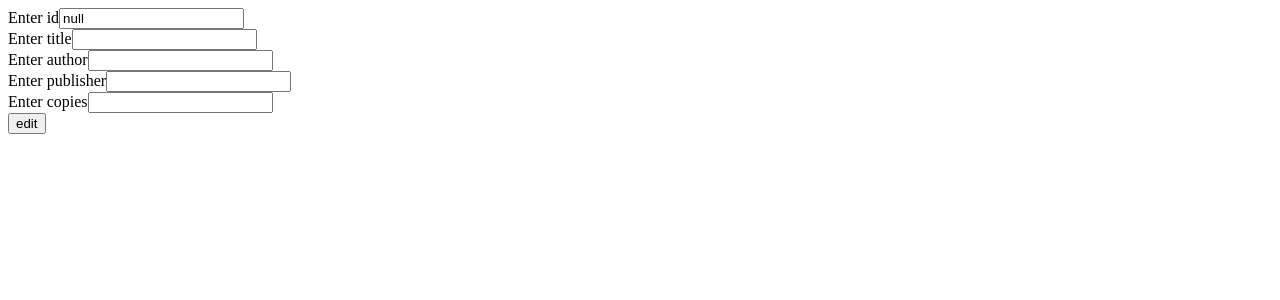
Repository: prashantvadlamani/Library-Management-System
Page: http://localhost/project/edit.jsp
These files come from the project's save history. The page is drawn as it stood at one moment and after the next save; the edit follows.
The browser window is 1280 px wide. The pictures show the whole page.
The page is served by Tomcat 9. Other server files are loaded and not shown.

Above is the page before, as saved 2018-08-21 08:22:57.

### project/WebContent/edit.jsp
<%@ page language="java" contentType="text/html; charset=ISO-8859-1"
    pageEncoding="ISO-8859-1"%>
<!DOCTYPE html PUBLIC "-//W3C//DTD HTML 4.01 Transitional//EN" "http://www.w3.org/TR/html4/loose.dtd">
<html>
<head>
<meta http-equiv="Content-Type" content="text/html; charset=ISO-8859-1">
<title>Insert title here</title>
</head>
<body>
	<form  method="POST" action="edit">
		Enter id<input type="text" name="bid" readonly value="<%=request.getParameter("id")%>" ><br>
		Enter title<input type="text" name="title"><br>
		Enter author<input type="text" name="author"><br>
		Enter publisher<input type="text" name="publisher"><br>
		Enter copies<input type="text" name="copies"><br>
		<input type="submit" value="edit" >
	</form>
</body>
</html>

After the next save:
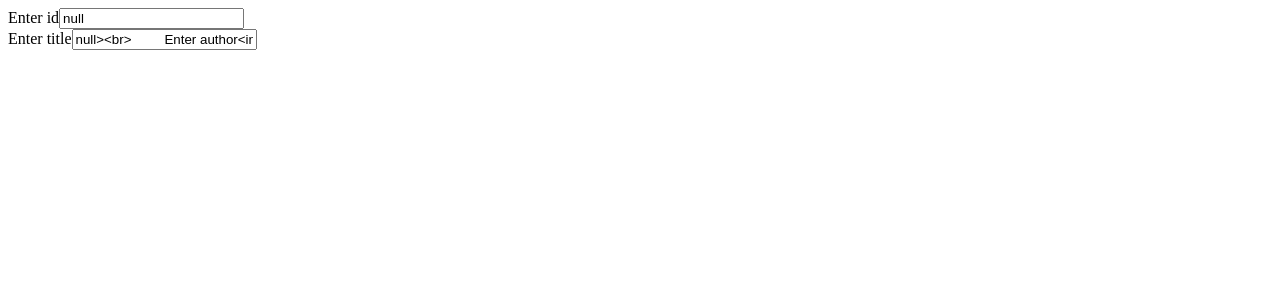
Saved 2 min 1 s later.
--- a/project/WebContent/edit.jsp
+++ b/project/WebContent/edit.jsp
@@ -9,10 +9,10 @@
 <body>
 	<form  method="POST" action="edit">
 		Enter id<input type="text" name="bid" readonly value="<%=request.getParameter("id")%>" ><br>
-		Enter title<input type="text" name="title"><br>
-		Enter author<input type="text" name="author"><br>
-		Enter publisher<input type="text" name="publisher"><br>
-		Enter copies<input type="text" name="copies"><br>
+		Enter title<input type="text" name="title" value="<%=request.getParameter("id")%>><br>
+		Enter author<input type="text" name="author" value="<%=request.getParameter("id")%>><br>
+		Enter publisher<input type="text" name="publisher" value="<%=request.getParameter("id")%>><br>
+		Enter copies<input type="text" name="copies" value="<%=request.getParameter("id")%>><br>
 		<input type="submit" value="edit" >
 	</form>
 </body>

After the 2 saves that followed:
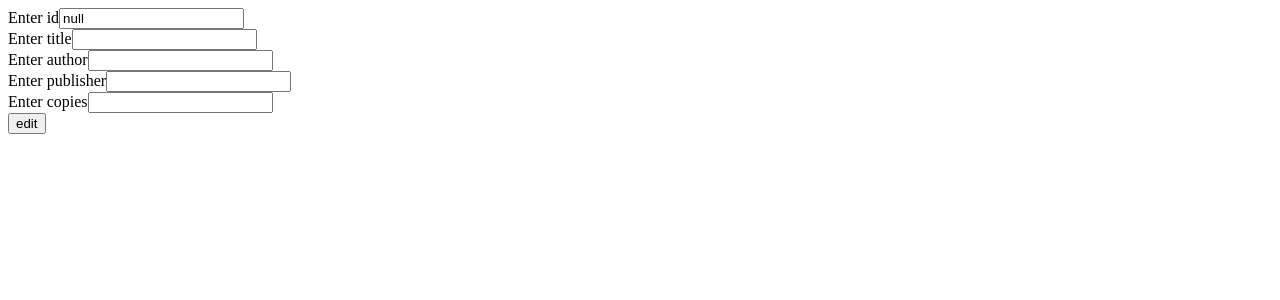
The 2 saves are shown as one change because 1 left the picture as it was.
The last was saved 2 min 1 s later.
--- a/project/WebContent/edit.jsp
+++ b/project/WebContent/edit.jsp
@@ -9,10 +9,10 @@
 <body>
 	<form  method="POST" action="edit">
 		Enter id<input type="text" name="bid" readonly value="<%=request.getParameter("id")%>" ><br>
-		Enter title<input type="text" name="title" value="<%=request.getParameter("id")%>><br>
-		Enter author<input type="text" name="author" value="<%=request.getParameter("id")%>><br>
-		Enter publisher<input type="text" name="publisher" value="<%=request.getParameter("id")%>><br>
-		Enter copies<input type="text" name="copies" value="<%=request.getParameter("id")%>><br>
+		Enter title<input type="text" name="title"><br>
+		Enter author<input type="text" name="author"><br>
+		Enter publisher<input type="text" name="publisher"><br>
+		Enter copies<input type="text" name="copies"><br>
 		<input type="submit" value="edit" >
 	</form>
 </body>
